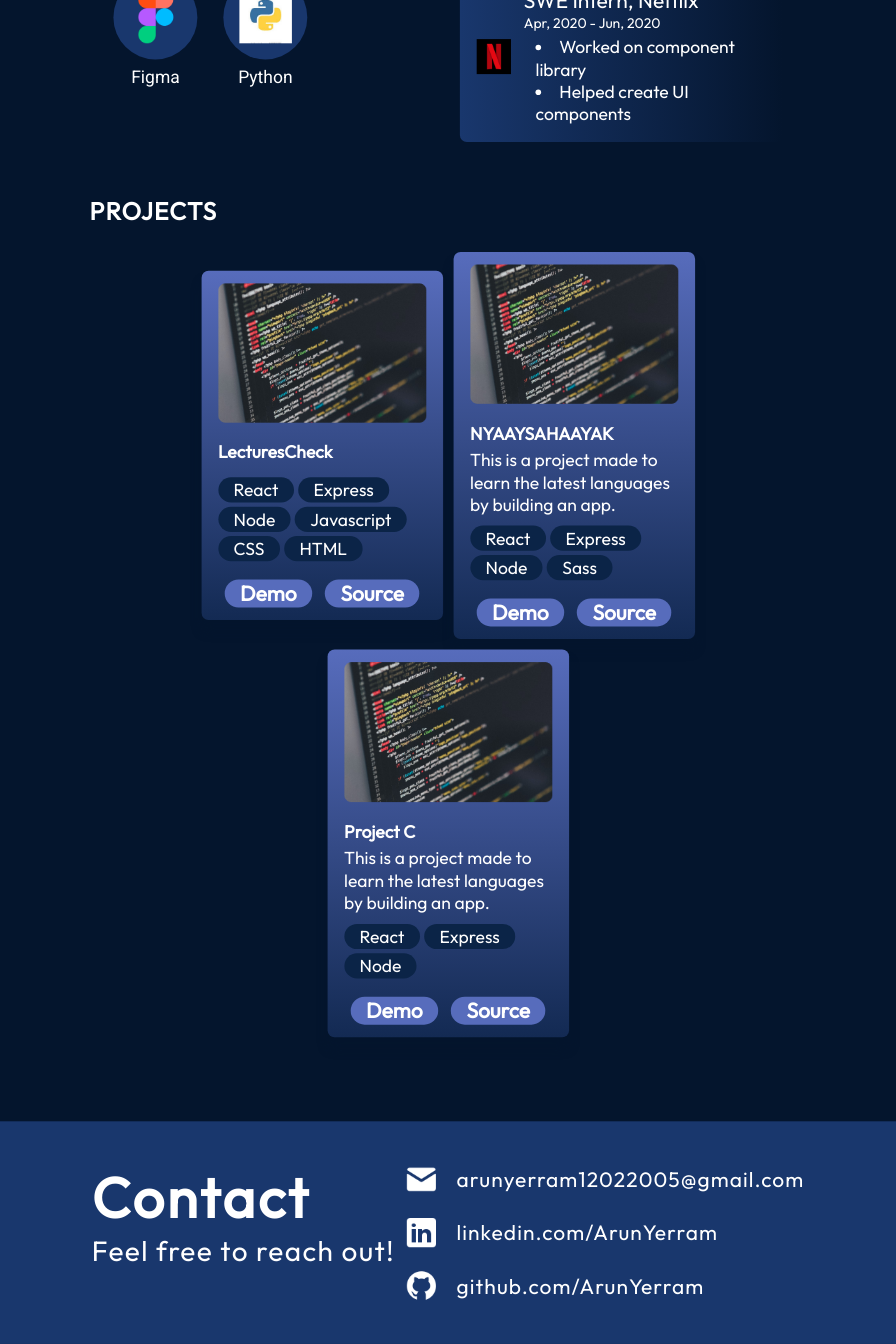
Repository: ARUN-YERRAM/Arun-Yerram-s-Portfolio-Website
Page: /
An editor plug-in stored every save of this project. The page is shown before and after a run of saves, followed by the edit.
The browser window is 1280 px wide. The pictures show the part of the page from y = 2317 to 4237 px (the page is 4237 px tall before and 4215 px after), at 70% of full size.
The project was rebuilt for these pictures with package versions that can differ from the ones it lists, and the page was loaded fresh each time. Also part of the build but not shown: vite.config.js.

Above is the page before, as saved 2024-06-25 15:23:02.

### src/components/About/About.jsx
import React from "react";

import styles from "./About.module.css";
import { getImageUrl } from "../../utils";

export const About = () => {
  return (
    <section className={styles.container} id="about">
      <h2 className={styles.title}>About</h2>
      <div className={styles.content}>
        <img
          src={getImageUrl("about/aboutImage.png")}
          alt="Me sitting with a laptop"
          className={styles.aboutImage}
        />
        <ul className={styles.aboutItems}>
          <li className={styles.aboutItem}>
            <img src={getImageUrl("about/cursorIcon.png")} alt="Cursor icon" />
            <div className={styles.aboutItemText}>
              <h3>Frontend Developer</h3>
              <p>
                I'm a frontend developer with experience in building responsive
                and optimized sites
              </p>
            </div>
          </li>
          <li className={styles.aboutItem}>
            <img src={getImageUrl("about/serverIcon.png")} alt="Server icon" />
            <div className={styles.aboutItemText}>
              <h3>Backend Developer</h3>
              <p>
                I have experience developing fast and optimised back-end systems
                and APIs
              </p>
            </div>
          </li>
          <li className={styles.aboutItem}>
            <img src={getImageUrl("about/cursorIcon.png")} alt="UI icon" />
            <div className={styles.aboutItemText}>
              {/* <h3>UI Designer</h3> */}
              <h3>Proble Solver</h3>
              <p>
                {/* I have designed multiple landing pages and have created design */}
                {/* systems as well */}
                I am a Problem Solver and having a keen interest in Data Structures and Algorithms.
              </p>
            </div>
          </li>
        </ul>
      </div>
    </section>
  );
};

### src/components/Contact/Contact.jsx
import React from "react";

import styles from "./Contact.module.css";
import { getImageUrl } from "../../utils";

export const Contact = () => {
  return (
    <footer id="contact" className={styles.container}>
      <div className={styles.text}>
        <h2>Contact</h2>
        <p>Feel free to reach out!</p>
      </div>
      <ul className={styles.links}>
        <li className={styles.link}>
          <img src={getImageUrl("contact/emailIcon.png")} alt="Email icon" />
          <a href="mailto:myemail@email.com">arunyerram12022005@gmail.com</a>
        </li>
        <li className={styles.link}>
          <img
            src={getImageUrl("contact/linkedinIcon.png")}
            alt="LinkedIn icon"
          />
          <a href="https://www.linkedin.com/in/arun-yerram-906b1524a/">linkedin.com/ArunYerram</a>
        </li>
        <li className={styles.link}>
          <img src={getImageUrl("contact/githubIcon.png")} alt="Github icon" />
          <a href="https://github.com/ARUN-YERRAM">github.com/ArunYerram</a>
        </li>
      </ul>
    </footer>
  );
};

### src/components/Experience/Experience.jsx
import React from "react";

import styles from "./Experience.module.css";
import skills from "../../data/skills.json";
import history from "../../data/history.json";
import { getImageUrl } from "../../utils";

export const Experience = () => {
  return (
    <section className={styles.container} id="experience">
      <h2 className={styles.title}>Skills</h2>
      <div className={styles.content}>
        <div className={styles.skills}>
          {skills.map((skill, id) => {
            return (
              <div key={id} className={styles.skill}>
                <div className={styles.skillImageContainer}>
                  <img src={getImageUrl(skill.imageSrc)} alt={skill.title} />
                </div>
                <p>{skill.title}</p>
              </div>
            );
          })}
        </div>
        <ul className={styles.history}>
          {history.map((historyItem, id) => {
            return (
              <li key={id} className={styles.historyItem}>
                <img
                  src={getImageUrl(historyItem.imageSrc)}
                  alt={`${historyItem.organisation} Logo`}
                />
                <div className={styles.historyItemDetails}>
                  <h3>{`${historyItem.role}, ${historyItem.organisation}`}</h3>
                  <p>{`${historyItem.startDate} - ${historyItem.endDate}`}</p>
                  <ul>
                    {historyItem.experiences.map((experience, id) => {
                      return <li key={id}>{experience}</li>;
                    })}
                  </ul>
                </div>
              </li>
            );
          })}
        </ul>
      </div>
    </section>
  );
};

### src/components/Hero/Hero.jsx
import React from "react";

import styles from "./Hero.module.css";
import { getImageUrl } from "../../utils";

export const Hero = () => {
  return (
    <section className={styles.container}>
      <div className={styles.content}>
        <h1 className={styles.title}>Hi, I'm Arun Yerram</h1>
        <p className={styles.description}>
          {/* I'm a full-stack developer with 5 years of experience using React and */}
          {/* NodeJS. Reach out if you'd like to learn more! */}
          I am Pursing my Bachelor's 2nd year and having keen interest in Problem Solving ,Web Development, and Data Science.

        </p>
        <a href="mailto:arunyerram12022005@email.com" className={styles.contactBtn}>
          Contact Me
        </a>
      </div>
      <img
        src={getImageUrl("hero/heroImage.png")}
        alt="Hero image of me"
        className={styles.heroImg}
      />
      <div className={styles.topBlur} />
      <div className={styles.bottomBlur} />
    </section>
  );
};

### src/components/Navbar/Navbar.jsx
import React, { useState } from "react";

import styles from "./Navbar.module.css";
import { getImageUrl } from "../../utils";

export const Navbar = () => {
  const [menuOpen, setMenuOpen] = useState(false);

  return (
    <nav className={styles.navbar}>
      <a className={styles.title} href="/">
        Portfolio
      </a>
      <div className={styles.menu}>
        <img
          className={styles.menuBtn}
          src={
            menuOpen
              ? getImageUrl("nav/closeIcon.png")
              : getImageUrl("nav/menuIcon.png")
          }
          alt="menu-button"
          onClick={() => setMenuOpen(!menuOpen)}
        />
        <ul
          className={`${styles.menuItems} ${menuOpen && styles.menuOpen}`}
          onClick={() => setMenuOpen(false)}
        >
          <li>
            <a href="#about">About</a>
          </li>
          <li>
            <a href="#experience">Experience</a>
          </li>
          <li>
            <a href="#projects">Projects</a>
          </li>
          <li>
            <a href="#about">Contact</a>
          </li>
        </ul>
      </div>
    </nav>
  );
};

### src/components/About/About.module.css
@import "../../vars.css";

.container {
  position: relative;
  background-color: rgba(12, 12, 12, 0.6);
  border-radius: 15px;
  padding: 73px;
  margin-top: 129px;
  z-index: 1;
  margin-left: 10%;
  margin-right: 10%;
}

.title {
  color: var(--color-text);
  font-size: 35px;
  font-weight: 700;
  letter-spacing: 1.75px;
  text-transform: uppercase;
}

.content {
  display: flex;
  flex-direction: row;
  align-items: center;
}

.aboutImage {
  width: 35%;
}

.aboutItems {
  color: var(--color-text);
  display: flex;
  flex-direction: column;
  gap: 50px;
}

.aboutItem {
  display: flex;
  flex-direction: row;
  align-items: center;
  border-radius: 20px;
  list-style: none;
  padding: 25px;
  background-image: linear-gradient(
    90deg,
    rgba(165, 215, 232, 0.42) 0%,
    rgba(255, 255, 255, 0) 100%
  );
  background-size: 0 100%;
  background-repeat: no-repeat;
  transition: 0.4s;
}

.aboutItem:hover {
  background-size: 100% 100%;
}

.aboutItem h3 {
  font-size: 25px;
  font-weight: 600;
}

.aboutItem p {
  font-size: 25px;
}

@media screen and (max-width: 830px) {
  .container {
    background-color: transparent;
    padding-left: 0;
    padding-right: 0;
  }

  .content {
    flex-direction: column;
  }

  .aboutImage {
    display: none;
  }

  .aboutItems {
    margin-top: 29px;
  }

  .aboutItem {
    padding-left: 0;
    padding-right: 0;
  }
}

### src/components/Contact/Contact.module.css
@import "../../vars.css";

.container {
  color: var(--color-text);
  margin-top: 120px;
  background-color: var(--color-secondary);
  display: flex;
  flex-direction: row;
  justify-content: space-evenly;
  width: 100vw;
  padding: 58px 10%;
  gap: 10px;
}

.text h2 {
  font-size: 80px;
  font-weight: 700;
  letter-spacing: 4px;
}

.text p {
  font-size: 40px;
  font-weight: 400;
  letter-spacing: 2px;
}

.links {
  display: flex;
  flex-direction: column;
  align-items: flex-start;
  list-style: none;
  gap: 26px;
}

.link {
  display: flex;
  align-items: center;
  gap: 25px;
}

.link a {
  color: var(--color-text);
  text-decoration: none;
  font-size: 30px;
  font-weight: 400;
  letter-spacing: 1.5px;
}

@media screen and (max-width: 830px) {
  .container {
    flex-direction: column;
    gap: 23px;
  }

  .text {
    display: flex;
    flex-direction: column;
    align-items: center;
  }

  .links {
    align-items: center;
  }
}

### src/components/Experience/Experience.module.css
@import "../../vars.css";

.container {
  color: var(--color-text);
  margin-top: 79px;
  margin-left: 10%;
  margin-right: 10%;
}

.title {
  color: var(--color-text);
  font-size: 35px;
  font-weight: 700;
  letter-spacing: 1.75px;
  text-transform: uppercase;
}

.content {
  display: flex;
  flex-direction: row;
  justify-content: space-evenly;
  margin-top: 14px;
}

.skills {
  width: 45%;
  display: flex;
  flex-wrap: wrap;
  gap: 37px;
}

.skill {
  display: flex;
  flex-direction: column;
  align-items: center;
  gap: 11px;
}

.skillImageContainer {
  background-color: var(--color-secondary);
  border-radius: 100%;
  display: flex;
  align-items: center;
  justify-content: center;
  width: 120px;
  height: 120px;
}

.skillImageContainer img {
  width: 75px;
}

.skill p {
  font-size: 25px;
  font-family: var(--font-roboto);
  font-weight: 500;
}

.history {
  width: 45%;
  display: flex;
  flex-direction: column;
  gap: 40px;
}

.historyItem {
  display: flex;
  flex-direction: row;
  align-items: center;
  gap: 17px;
  background: #19376d;
  background: linear-gradient(90deg, #19376d 0%, rgba(25, 55, 109, 0) 100%);
  border-radius: 10px;
  padding: 24px;
}

.historyItem img {
  width: 50px;
}

.historyItemDetails {
  font-family: var(--font-roboto);
}

.historyItemDetails h3 {
  font-size: 30px;
  font-weight: 500;
}

.historyItemDetails p {
  font-size: 20px;
  font-weight: 300;
}

.historyItemDetails ul {
  margin-top: 6px;
  list-style-position: inside;
  font-size: 25px;
  list-style-type: disc;
  margin-left: 17px;
}

@media screen and (max-width: 830px) {
  .content {
    flex-direction: column;
    align-items: center;
    gap: 34px;
  }

  .skills {
    width: 100%;
    flex-direction: row;
    justify-content: center;
  }

  .history {
    width: 100%;
    gap: 9px;
  }
}

### src/data/skills.json
[
  {
    "title": "HTML",
    "imageSrc": "skills/html.png"
  },
  {
    "title": "CSS",
    "imageSrc": "skills/css.png"
  },
  {
    "title": "React",
    "imageSrc": "skills/react.png"
  },
  {
    "title": "Node",
    "imageSrc": "skills/node.png"
  },
  {
    "title": "C++",
    "imageSrc": "skills/graphql.png"
  },
  {
    "title": "MongoDB",
    "imageSrc": "skills/mongodb.png"
  },
  {
    "title": "Figma",
    "imageSrc": "skills/figma.png"
  },
  {
    "title": "Python",
    "imageSrc": "skills/python.png"
  }
]

### src/components/Hero/Hero.module.css
@import "../../vars.css";

.container {
  position: relative;
  display: flex;
  align-items: center;
  justify-content: space-between;
  margin-top: 49px;
  z-index: 1;
  margin-left: 10%;
  margin-right: 10%;
}

.content {
  display: flex;
  flex-direction: column;
  align-items: flex-start;
  color: var(--color-text);
  z-index: 1;
}

.title {
  font-size: 72px;
  font-weight: 900;
  margin-bottom: 33px;
  font-family: var(--font-roboto);
  background: linear-gradient(
    90deg,
    rgba(255, 255, 255, 1) 70%,
    rgba(255, 255, 255, 0) 120%
  );
  -webkit-text-fill-color: transparent;
  -webkit-background-clip: text;
}

.description {
  font-size: 30px;
  font-family: var(--font-roboto);
  margin-bottom: 52px;
}

.contactBtn {
  text-decoration: none;
  background-color: var(--color-primary);
  color: var(--color-text);
  border-radius: 100px;
  font-size: 30px;
  font-weight: 600;
  padding: 17px 26px;
  box-shadow: 0 0 4px 0 rgba(0, 0, 0, 0.25);
}

.heroImg {
  width: 50%;
  z-index: 1;

  animation-name: floating;
  animation-duration: 3s;
  animation-iteration-count: infinite;
  animation-timing-function: ease-in-out;
}

@keyframes floating {
  0% {
    transform: translate(0, 0px);
  }
  50% {
    transform: translate(0, 10px);
  }
  100% {
    transform: translate(0, -0px);
  }
}

.topBlur {
  position: absolute;
  width: 50vw;
  height: 50vw;
  min-width: 350px;
  min-width: 350px;
  top: -128px;
  left: -10vw;
  border-radius: 764px;
  background: rgba(25, 55, 109, 0.7);
  filter: blur(100px);
  z-index: 0;
}

.bottomBlur {
  position: absolute;
  width: 70vw;
  height: 50vw;
  min-width: 350px;
  min-width: 250px;
  top: 246px;
  right: -25vw;
  border-radius: 764px;
  background: rgba(25, 55, 109, 0.7);
  filter: blur(100px);
  z-index: 0;
}

@media screen and (max-width: 830px) {
  .container {
    flex-direction: column-reverse;
  }

  .content {
    align-items: center;
  }
}

### src/components/Navbar/Navbar.module.css
@import "../../vars.css";

.navbar {
  position: relative;
  display: flex;
  align-items: center;
  justify-content: space-between;
  padding-top: 61px;
  z-index: 2;
  margin: 0 10%;
}

.title {
  font-size: 30px;
  font-weight: 600;
  text-decoration: none;
  color: var(--color-text);
}


.menuBtn {
  display: none;
}

.menu {
  display: flex;
}

.menuItems {
  display: flex;
  gap: 47px;
  list-style: none;
}

.menuItems a {
  font-size: 25px;
  color: var(--color-text);
  text-decoration: none;
}

@media screen and (max-width: 830px) {
  .navbar {
    flex-direction: column;
    align-items: flex-start;
  }

  .menu {
    position: absolute;
    right: 0;
    margin-right: 10%;
    flex-direction: column;
    align-items: flex-end;
    gap: 11px;
    z-index: 3;
  }

  .menuBtn {
    display: block;
    cursor: pointer;
  }

  .menuItems {
    display: none;
    flex-direction: column;
    align-items: center;
    gap: 13px;
    border-radius: 10px;
    background: rgb(25, 55, 109);
    background: linear-gradient(
      0deg,
      rgba(25, 55, 109, 0.2) 0%,
      rgba(25, 55, 109, 1) 100%
    );
    padding: 24px 33px;
    box-shadow: 0 0 4px 0 rgba(0, 0, 0, 0.25);
  }

  .menuOpen {
    display: flex;
    z-index: 1;
  }
}

### src/data/projects.json
[
  {
    "title": "LecturesCheck",
    "imageSrc": "projects/project.png",
    "description": "",
    "skills": ["React", "Express", "Node","Javascript","CSS","HTML"],
    "demo": "https://www.example.com",
    "source": "https://github.com/ARUN-YERRAM/LecturesCheck"
  },
  {
    "title": "NYAAYSAHAAYAK",
    "imageSrc": "projects/project.png",
    "description": "This is a project made to learn the latest languages by building an app.",
    "skills": ["React", "Express", "Node", "Sass"],
    "demo": "https://www.example.com",
    "source": "https://www.github.com"
  },
  {
    "title": "Project C",
    "imageSrc": "projects/project.png",
    "description": "This is a project made to learn the latest languages by building an app.",
    "skills": ["React", "Express", "Node"],
    "demo": "https://www.example.com",
    "source": "https://www.github.com"
  }
]

### src/components/Projects/ProjectCard.jsx
import React from "react";

import styles from "./ProjectCard.module.css";
import { getImageUrl } from "../../utils";

export const ProjectCard = ({
  project: { title, imageSrc, description, skills, demo, source },
}) => {
  return (
    <div className={styles.container}>
      <img
        src={getImageUrl(imageSrc)}
        alt={`Image of ${title}`}
        className={styles.image}
      />
      <h3 className={styles.title}>{title}</h3>
      <p className={styles.description}>{description}</p>
      <ul className={styles.skills}>
        {skills.map((skill, id) => {
          return (
            <li key={id} className={styles.skill}>
              {skill}
            </li>
          );
        })}
      </ul>
      <div className={styles.links}>
        <a href={demo} className={styles.link}>
          Demo
        </a>
        <a href={source} className={styles.link}>
          Source
        </a>
      </div>
    </div>
  );
};

### src/components/Projects/ProjectCard.module.css
@import "../../vars.css";

.container {
  display: flex;
  flex-direction: column;
  border-radius: 10px;
  background: linear-gradient(180deg, #576cbc 0%, #132a53 100%);
  box-shadow: 0 16px 14px 0 #04152d;
  padding: 18px 24px;
  max-width: 345px;
}

.image {
  margin-bottom: 26px;
}

.title {
  font-size: 25px;
  font-weight: 700;
}

.description {
  margin-top: 6px;
  font-size: 25px;
  font-weight: 400;
}

.skills {
  width: 100%;
  margin-top: 14px;
  display: flex;
  flex-direction: row;
  flex-wrap: wrap;
  gap: 6px;
  list-style: none;
}

.skill {
  font-size: 25px;
  font-weight: 400;
  border-radius: 100px;
  background: var(--color-dark);
  padding: 2px 22px;
}

.links {
  width: 100%;
  margin-top: 26px;
  display: flex;
  justify-content: space-around;
}

.link {
  text-decoration: none;
  color: var(--color-text);
  font-size: 30px;
  font-weight: 600;
  border-radius: 100px;
  background: var(--color-primary);
  padding: 1px 22px;
}

Loaded but not shown: index.html (common file); src/main.jsx (common file); src/App.jsx (common file); src/index.css (common file); src/App.module.css (common file); src/components/Projects/Projects.jsx (common file); src/vars.css (common file); src/utils.js (common file); src/data/history.json (common file); src/components/Projects/Projects.module.css (common file)

After the next 4 saves:
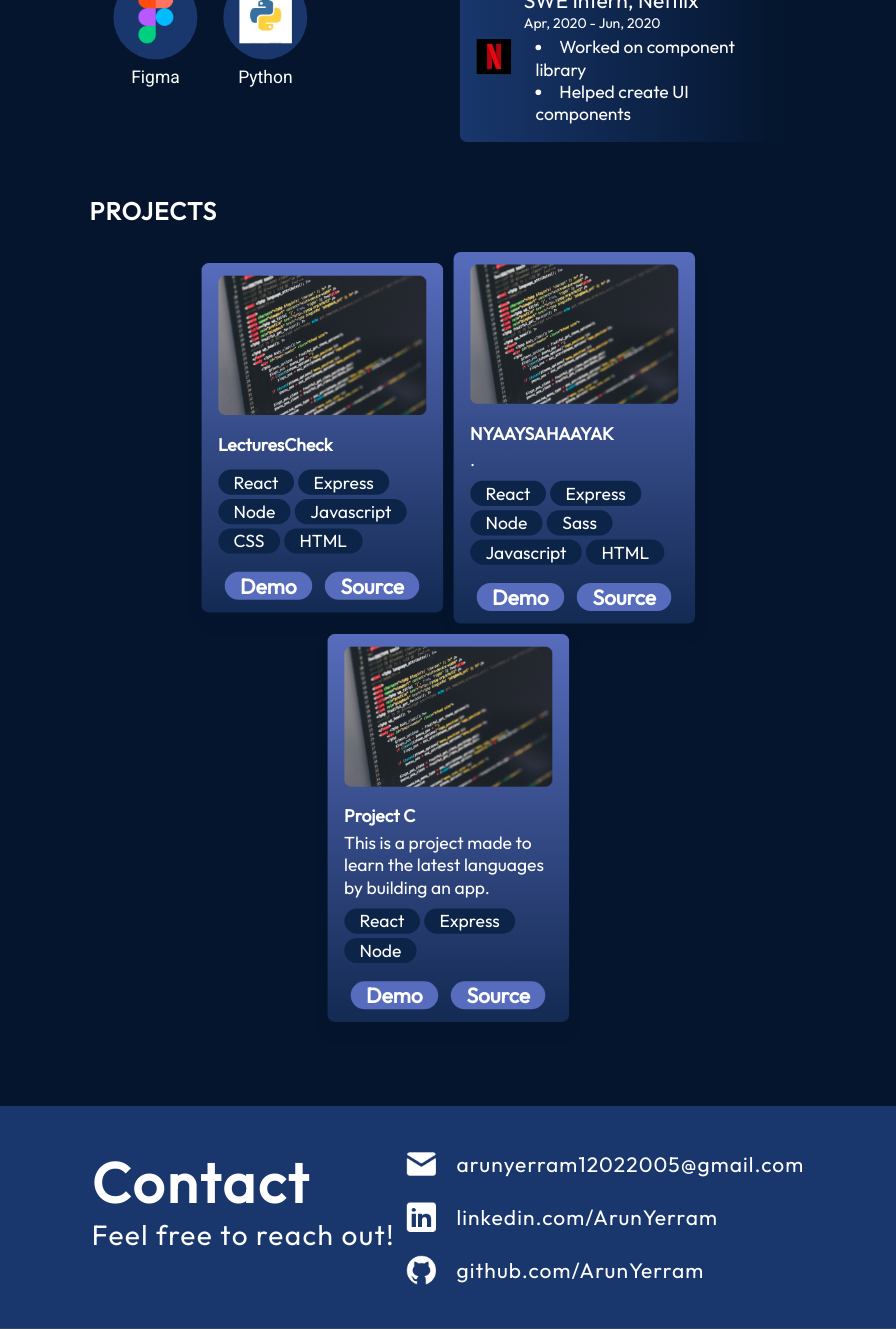
The 4 saves are shown as one change because they came seconds apart.
The last was saved 53 s later.
--- a/src/data/projects.json
+++ b/src/data/projects.json
@@ -10,8 +10,8 @@
   {
     "title": "NYAAYSAHAAYAK",
     "imageSrc": "projects/project.png",
-    "description": "This is a project made to learn the latest languages by building an app.",
-    "skills": ["React", "Express", "Node", "Sass"],
+    "description": ".",
+    "skills": ["React", "Express", "Node", "Sass","Javascript","HTML"],
     "demo": "https://www.example.com",
     "source": "https://www.github.com"
   },
